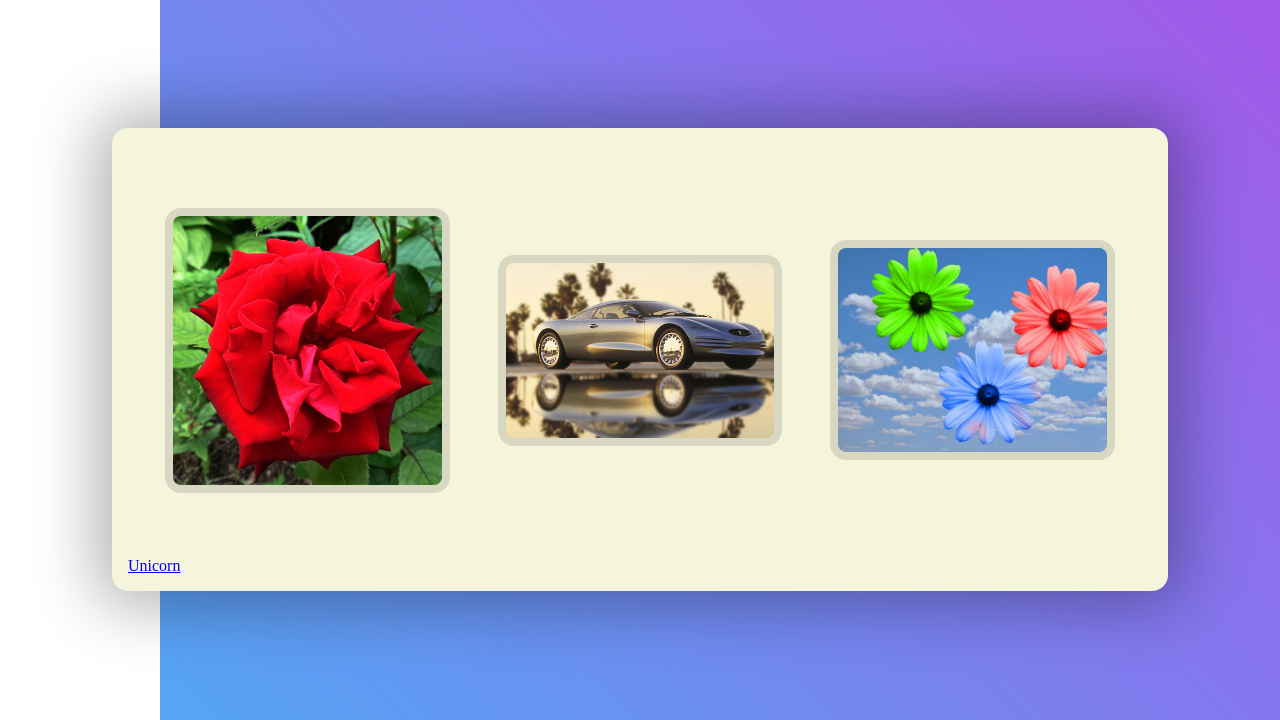
Repository: ViggoSkj/VGY
Page: ovningar/photoshopovning/photoshopovning.html
These files come from the project's save history. The page is drawn as it stood at one moment and after the next save; the edit follows.
The browser window is 1280 px wide. The pictures show the whole page.

Above is the page before, as saved 2022-11-27 12:17:14.

### ovningar/photoshopovning/photoshopovning.html
<!DOCTYPE html>
<html lang="en">
    <head>
        <meta charset="UTF-8">
        <meta http-equiv="X-UA-Compatible" content="IE=edge">
        <meta name="viewport" content="width=device-width, initial-scale=1.0">
        <title>Document</title>
        <link rel="stylesheet" href="public/css/style.css">
    </head>
    <body>
        <div class="container">
            <div class="images">
                <img src="public/images/ros_edited.jpg" alt="ros">
                <img src="public/images/bil_edited.jpg" alt="bil">
                <img src="public/images/sky_and_flower.jpg" alt="1 röd, 1, blå och 1 grönn blomma på en himmel">
            </div>

            <div id="myfooter">
                <a href="https://validator.w3.org/unicorn/check?ucn_uri=labb.vgy.se/~viggosg/ovningar/photoshopovningar.html&ucn_task=conformance">Unicorn</a>
             </div>
        </div>
    </body>
</html>

### ovningar/photoshopovning/public/css/style.css
body
{
    background-image: linear-gradient(45deg, rgb(0, 247, 255) -100%, rgb(255, 0, 221) 200%);
    display: flex;
    height: 100%;
    margin: 0;
    background-repeat: no-repeat;
    background-attachment: fixed;
    animation: rotating 5s infinite alternate;
}

@keyframes rotating
{
    from {background-position-x: -10em;}
    to {background-position-x: 10em;}
}

.container
{
    background-color: beige;
    margin: auto;
    margin-top: 8em;
    align-items: center;
    width: 80%;
    border-radius: 1em;
    padding: 1em;
    box-shadow: 0em 0em 4em 1em rgba(0, 0, 0, 0.301);
}

img
{

    width: 30%;
    border-radius: 1em;
    padding: 0.5em;
    background-color: rgba(0, 0, 0, 0.116);
}

.images
{
    display: flex;
    justify-content: center;
    gap: 3em;
    align-items: center;
    padding: 2em;
    margin: 2em;
}

After the next save:
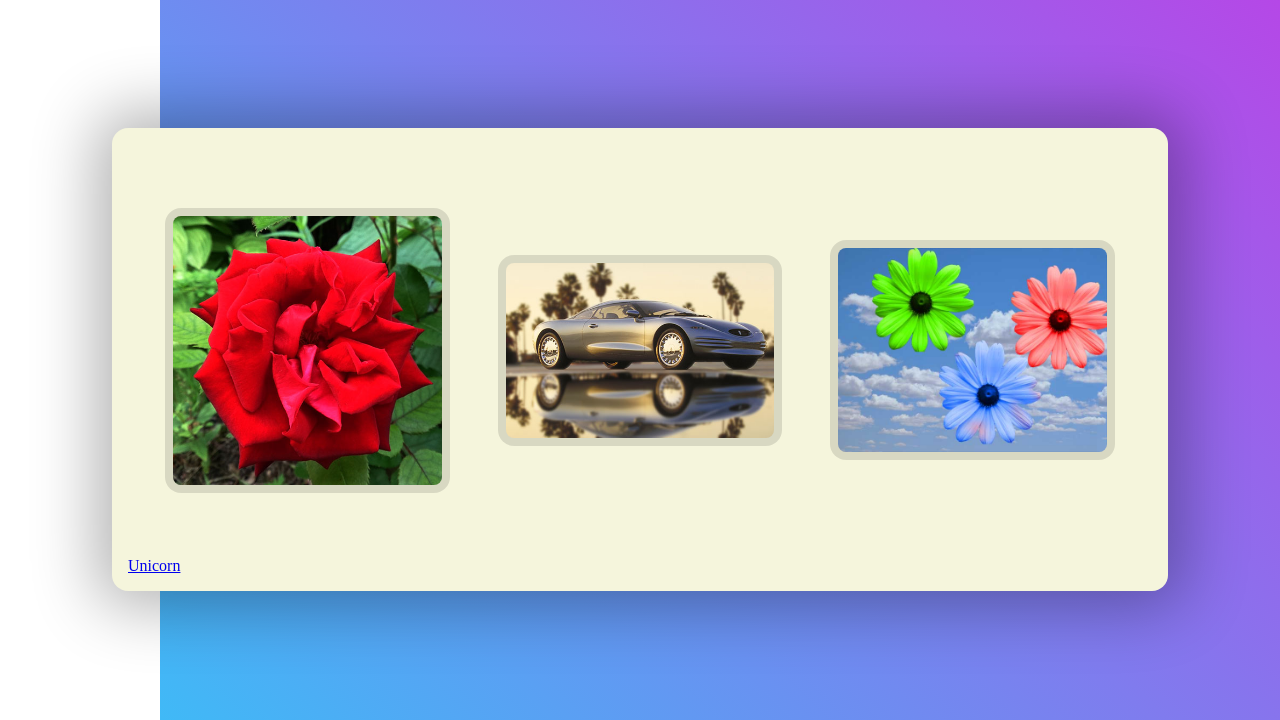
Saved 10 s later.
--- a/ovningar/photoshopovning/public/css/style.css
+++ b/ovningar/photoshopovning/public/css/style.css
@@ -1,6 +1,6 @@
 body
 {
-    background-image: linear-gradient(45deg, rgb(0, 247, 255) -100%, rgb(255, 0, 221) 200%);
+    background-image: linear-gradient(45deg, rgb(0, 247, 255) -50%, rgb(255, 0, 221) 150%);
     display: flex;
     height: 100%;
     margin: 0;
